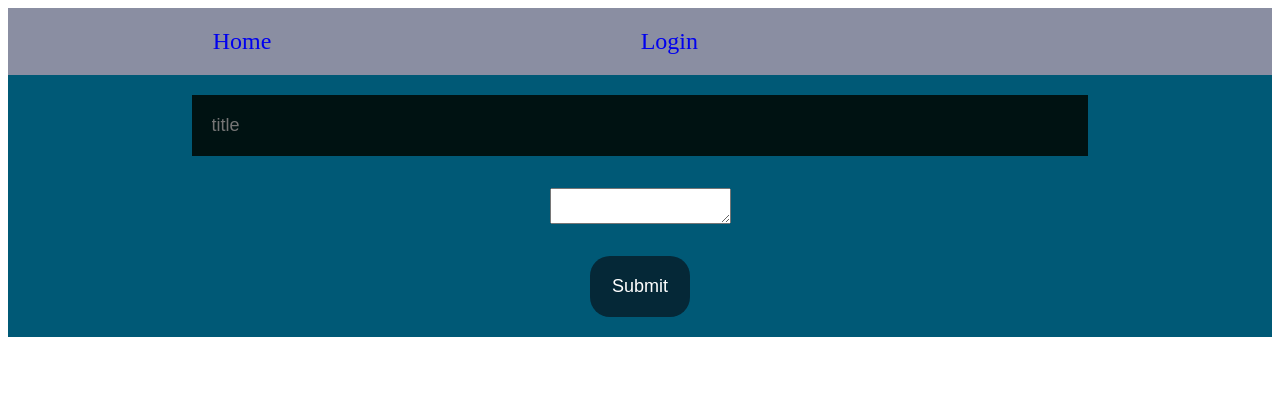
Repository: albinsabu2023/postapp
Page: /createpost
An editor plug-in stored every save of this project. The page is shown before and after the next save, followed by the edit.
The browser window is 1280 px wide. The pictures show the whole page.
The project was rebuilt for these pictures with package versions that can differ from the ones it lists, and the page was loaded fresh each time. Also part of the build but not shown: src/Components/Home.tsx, src/Components/Login.tsx.

Above is the page before, as saved 2024-02-05 11:30:04.

After the next save:
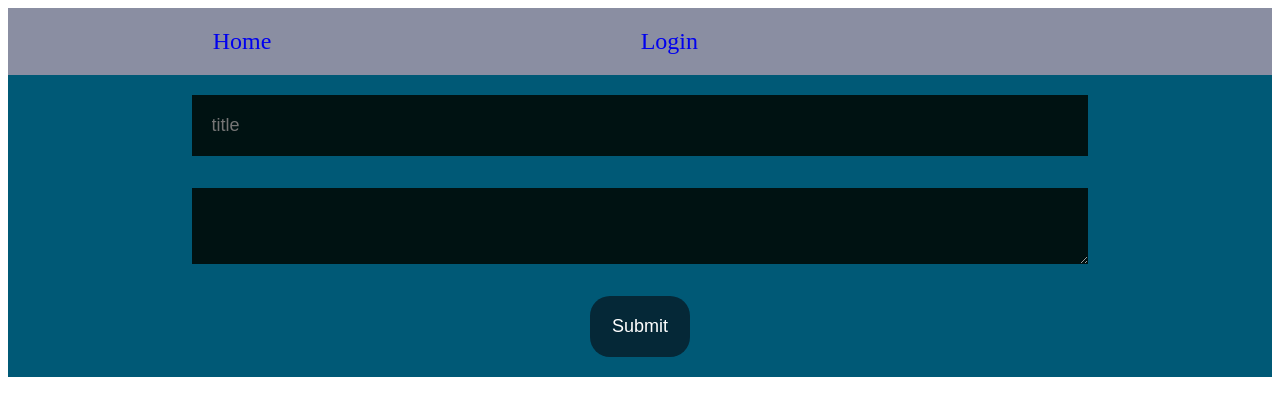
Saved 12 s later.
--- a/src/create-post/CreateForm.css
+++ b/src/create-post/CreateForm.css
@@ -7,7 +7,7 @@ form{
     justify-content: center;
 
 }
-form input{
+form input,textarea{
     background-color: rgb(0, 18, 18);
     padding: 20px;
     width: 70%;
